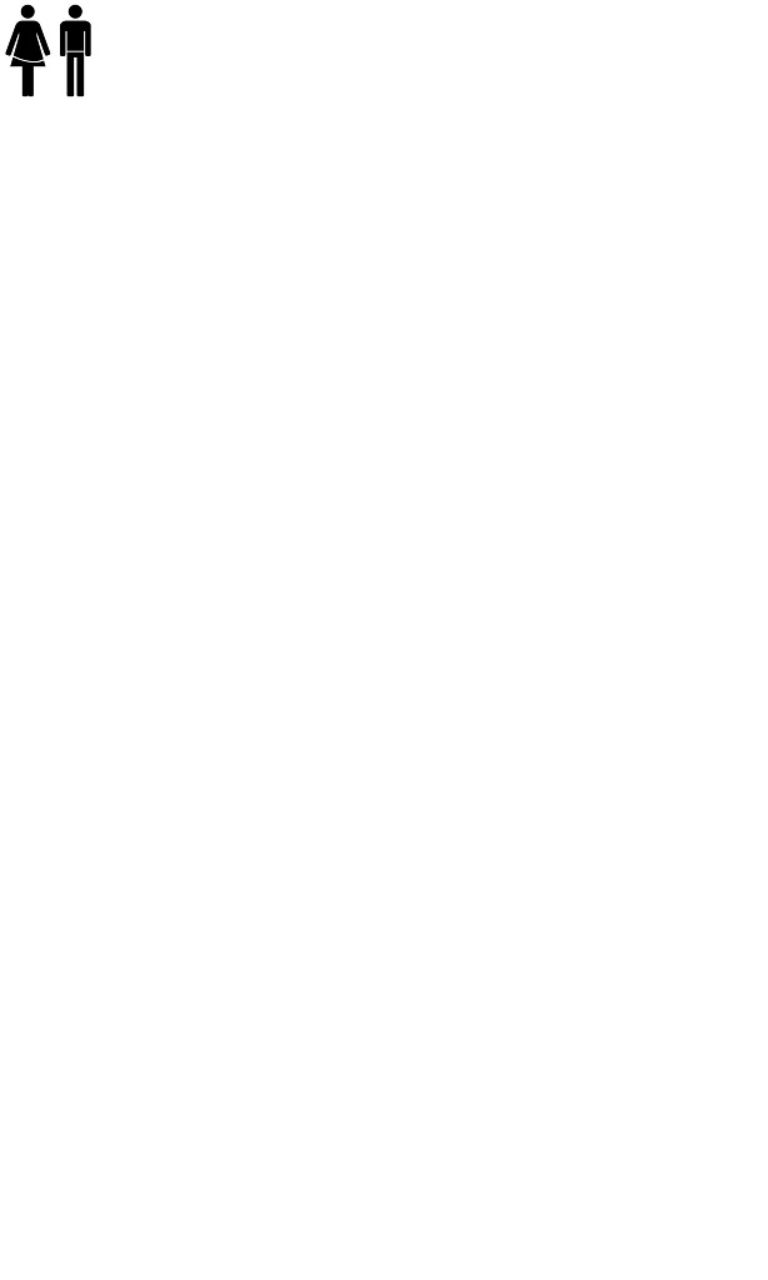
Repository: vinnare89/ASA
Layout: ASA/res/layout/list_item_layout.xml
An editor plug-in stored every save of this project. The layout is shown before and after a run of saves, followed by the edit.
It is drawn on a 768 x 1280 px phone screen (xhdpi) without system bars, with theme AppTheme; the app's code is not run.

Above is the layout before, as saved 2013-12-28 19:07:57.

After the next 2 saves:
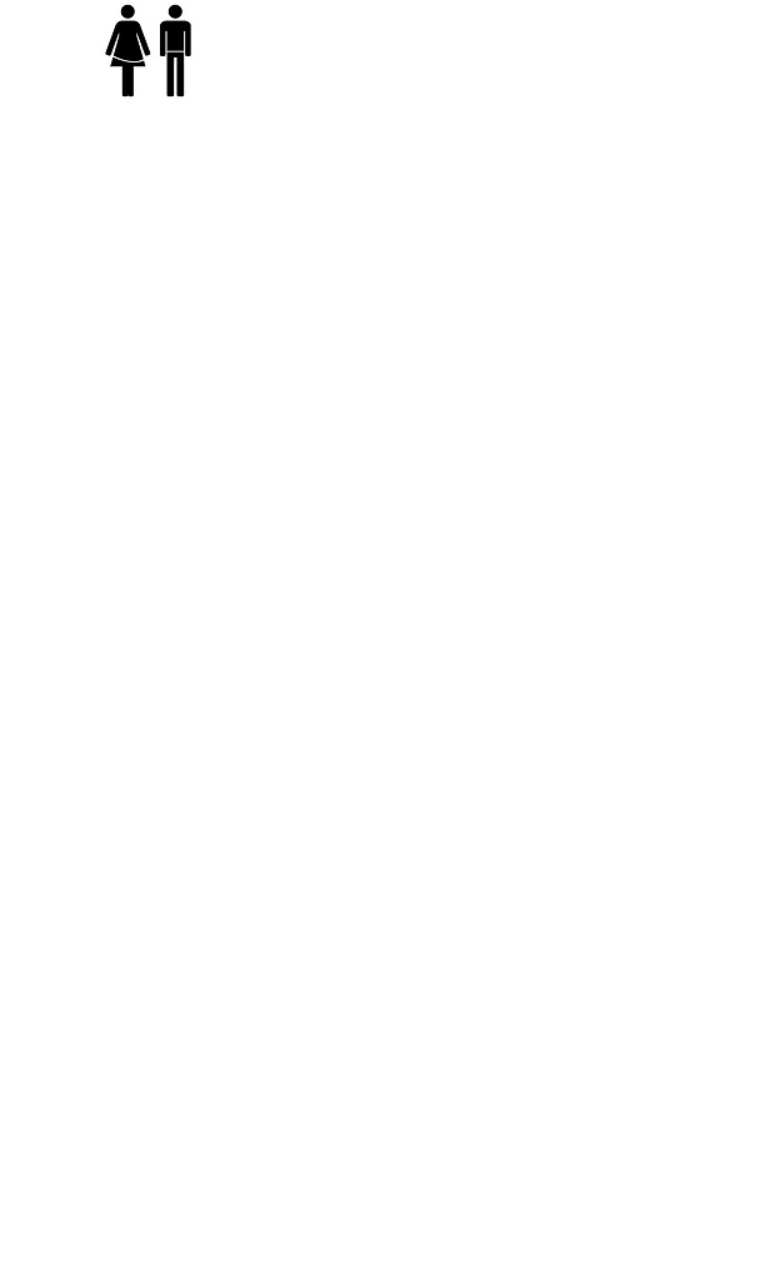
The 2 saves are shown as one change because they came seconds apart.
The last was saved 85 s later.
--- a/ASA/res/layout/list_item_layout.xml
+++ b/ASA/res/layout/list_item_layout.xml
@@ -5,27 +5,21 @@
 
     <TableRow>
 
-        <RelativeLayout
-            android:layout_width="match_parent"
-            android:layout_height="wrap_content" >
+        <ImageView
+            android:id="@+id/img"
+            android:layout_width="50dp"
+            android:layout_height="50dp" />
 
-            <ImageView
-                android:id="@+id/img"
-                android:layout_width="50dp"
-                android:layout_height="50dp" />
+        <TextView
+            android:id="@+id/txt"
+            android:layout_width="wrap_content"
+            android:layout_height="50dp" />
 
-            <TextView
-                android:id="@+id/txt"
-                android:layout_width="wrap_content"
-                android:layout_height="50dp" />
-
-            <ImageView
-                android:id="@+id/toilette"
-                android:layout_width="50dp"
-                android:layout_height="50dp"
-                android:src="@drawable/toilette"
-                android:layout_alignParentRight="true" />
-        </RelativeLayout>
+        <ImageView
+            android:id="@+id/toilette"
+            android:layout_width="50dp"
+            android:layout_height="50dp"
+            android:src="@drawable/toilette" />
     </TableRow>
 
 </TableLayout>
